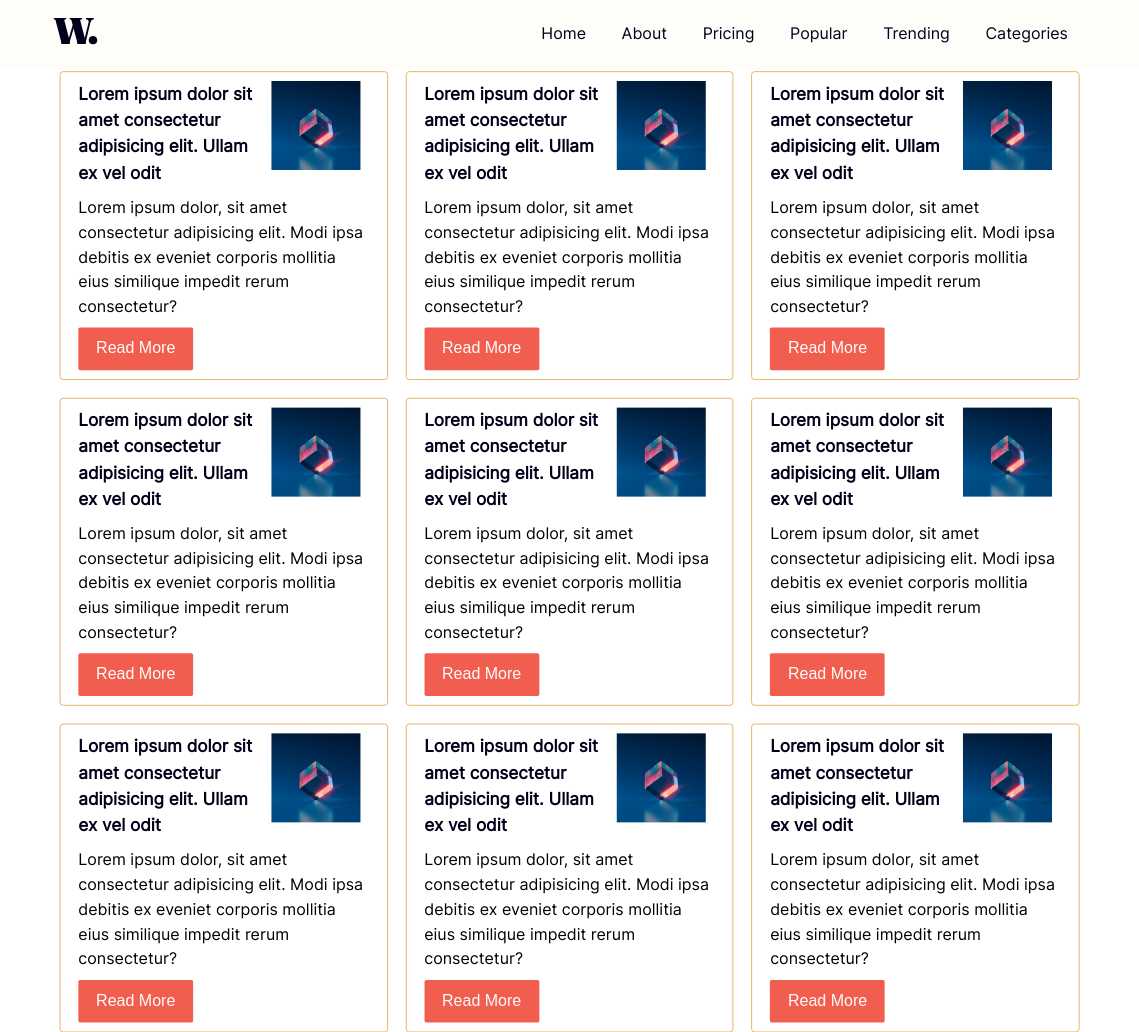
Repository: Benedict-Anthony/web3.0-blog-chain
Page: /trending
These files come from the project's save history. The page is drawn as it stood at one moment and after the next save; the edit follows.
The browser window is 1280 px wide. The pictures show the whole page, at 89% of full size.
The project was rebuilt for these pictures with package versions that can differ from the ones it lists, and the page was loaded fresh each time. The framework's server and built-in components were replaced by stand-ins that run in the browser. Also part of the build but not shown: next.config.js, styles/styles.css.

Above is the page before, as saved 2022-12-21 03:18:07.

### pages/_app.tsx
import '../styles/globals.scss'
import type { AppProps } from 'next/app'
import NavBar from '../components/NavBar'
import "@/styles/styles.css"
export default function App({ Component, pageProps }: AppProps) {
  return (
    <>
      <NavBar />
      <Component {...pageProps} />
    </>
  )
}

### pages/trending.tsx
import Layout from 'components/Layout'
import React from 'react'
import TrendingStyles from "@/styles/Trending.module.scss"
import Trending from 'components/Trending'
import { GetStaticProps } from 'next';

export const getStaticProps: GetStaticProps = async () => {
    // const apiKey = process.env.REACT_APP_RAPID_API_KEY || ""
    // const apiHost = process.env.REACT_APP_RAPID_NEWS_API_HOST || ""
    // // const params = {q: 'crytocurrency', freshness: 'Day', textFormat: 'Raw', safeSearch: 'Off'}
    // const url = `https://bing-news-search1.p.rapidapi.com/news/search?q=cryptocurrency&safeSearch=Off&textFormat=Raw&freshness=Day&count=100`
    // const config = {
    //     headers: {
    //         'X-RapidAPI-Key': apiKey,
    //         'X-RapidAPI-Host':apiHost,
    //         // "Accept-Language": "EN"
    //     }
    // }


    // const response = await fetch(url, config)
    // const data = await response.json()
    // console.log(data)
    return {
        props: {
            // news:data.value
            news:[1,2,3,4,5,6,7,8,9]
        }
    }
}
type TrendingProps = {
    news: {
        id: number
        name: string
        date: string
        slug: string
        image: { thumbnail: { contentUrl: string } }
        description:string
    }[]
}
const TrendingPage = ({news}:TrendingProps) => {

  return (
    <Layout>
          <section className={TrendingStyles.section}>
          {news.map((item) => (
              <Trending news={item} key={item.id}/>
          ))}



              </section>
    </Layout>

  )
}

export default TrendingPage

### styles/globals.scss
:root{
  --SoftOrange: hsl(35, 77%, 62%);
  --SoftRed: hsl(5, 85%, 63%);

  --Red: hsl(0, 78%, 62%);
  --Cyan: hsl(180, 62%, 55%);
  --Orange: hsl(34, 97%, 64%);
  --Blue: hsl(212, 86%, 64%);

  --OffWhite: hsl(36, 100%, 99%);
  --GrayishBlue: hsl(233, 8%, 79%);
  --DarkGrayishBlue: hsl(236, 13%, 42%);
  --VeryDarkBlue: hsl(240, 100%, 5%);
}

@font-face{
  font-family: "Inter";
  src: url("/landing/assets/fonts/static/inter-Bold.ttf");
  src: url("/landing/assets/fonts/static/inter-ExtraBold.ttf");
  src: url("/landing/assets/fonts/static/inter-Regular.ttf");
}

*::after, *::before, *{
  padding: 0;
  margin: 0;
  box-sizing: border-box;
  transition: all .3s ease;
  line-height: 1.54em;
}


ul,li{
  list-style: none;
}

html{
  scroll-behavior: smooth;
}

body{
  font-family: "Inter";
}

.swiper {
    overflow: visible;
}

### components/NavBar.tsx
import React from 'react'
import {useState} from "react"
import Image from 'next/image'
import Link from 'next/link';
import NavBarStyles from "@/styles/navBar.module.scss";

const NavBar = () => {
  const [mobileActive, setMobileActive] = useState(false)
  return (

        <header className={NavBarStyles.header}>
          <nav className={NavBarStyles.nav}>
               <div className="logo">
                <Image src="/landing/assets/images/logo.svg" alt="" width={50} height={30} />
              </div>

              <ul style={{
                right: mobileActive ? "0" : "calc(100vw + 50px)"
              }}>
                  <li><Link href={"/"}>Home</Link></li>
                  <li><Link href={"/about"}>About</Link></li>
                  <li><Link href={"/pricing"}>Pricing</Link></li>
                  <li><Link href={"/popular"}>Popular</Link></li>
                  <li><Link href={"/trending"}>Trending</Link></li>
                  <li><Link href={"/categories"}>Categories</Link></li>

              </ul>

                  <div className={NavBarStyles.toggler} onClick={() => setMobileActive(!mobileActive)}>
                      <Image src={`/landing/assets/images/${mobileActive ? "icon-menu-close.svg" : "icon-menu.svg"}`} alt="" width={25} height={20} />
            </div>

         </nav>
    </header>

  )
}

export default NavBar

### components/Layout.tsx
import React from 'react'
import UtilsStyles from "@/styles/Utils.module.scss";
import {ReactNode} from "react"

type layoutProps = {
    children: ReactNode
}
const Layout = ({children}:layoutProps) => {
  return (
    <main className={UtilsStyles.container}>
      <section className={UtilsStyles.spaceY}>
        {children}
      </section>
      </main>
  )
}

export default Layout

### styles/Trending.module.scss
.article{
    border: 1px solid var(--SoftOrange);
    border-radius: 4px;
    padding: 10px 20px;

    &:hover{
        transform: scale(.99);
    }
    div{
        width: 100%;
        position: relative;
        display: flex;
        justify-content: space-between;
        align-items: flex-start;
        column-gap: 10px;
        img{
            width: 100px;

        }
        h4{
            font-weight: 600;
            color: var(--VeryDarkBlue);
            font-size: 1.2rem;
        }

    }
    p{
        font-size: 18px;
        padding-top: 10px;
    }


}

.section{
    display: grid;
    grid-template-columns: repeat(auto-fit, minmax(22rem, 1fr));
    justify-content: space-between;
    align-items: center;
    gap: 20px;
}

### components/Trending.tsx
import React from 'react'
import TrendingStyles from "@/styles/Trending.module.scss"
import Button from './Button'
type TrendingProps = {
    news: {
        id: number
        name: string
        date: string
        slug: string
      image: { thumbnail: { contentUrl: string } }
        description:string
    }
}

const Trending = ({news}:TrendingProps) => {
  return (
    <article className={TrendingStyles.article}>
        <div>
              <h4>Lorem ipsum dolor sit amet consectetur adipisicing elit. Ullam ex vel odit </h4>

              {/* <img src={news.image ? news.image.thumbnail.contentUrl : "nft/images/image-equilibrium.jpg"} alt="" /> */}
              <img src={"nft/images/image-equilibrium.jpg"} alt="" />
              <span>{news.date}</span>
          </div>

        <p>Lorem ipsum dolor, sit amet consectetur adipisicing elit. Modi ipsa debitis ex eveniet corporis mollitia eius similique impedit rerum consectetur?</p>

              <Button title='read more'/>
    </article>
  )
}

export default Trending

### styles/navBar.module.scss
.header{
    position: fixed;
    top: 0;
    right: 0;
    left: 0;
    // max-width: 1160px;
    margin: 0 auto;
    padding: 20px;
     background-color: var(--OffWhite);
     z-index:10;
    //  box-shadow:  2px 1px 3px var(--DarkGrayishBlue);
}

.nav{
    display: flex;
    justify-content: space-between;
    align-items: center;
     max-width: 1160px;
    margin: 0 auto;

    .logo{
        width: 50px;
    }

    ul{
        display: flex;
        align-items: center;
        justify-content: space-between;

        li{
            margin: 0 20px;

            a{
                text-decoration: none;
                font-size: 18px;
                color: var(--VeryDarkBlue);
                font-family: "Inter";
                font-weight: 400;
                &:hover{
                    color: var(--SoftRed);
                    cursor: pointer;
                }
            }
        }
    }

    @media(max-width:767px) {
        ul{
            position: absolute;
            top: 0;
            width: 80%;
            background-color: var(--OffWhite);
            box-shadow: 2px 2px 3px var(--DarkGrayishBlue);
            height: 100vh;
            flex-flow: column;
            justify-content: center;
            align-items: flex-start;
            padding-left: 10px;

            li{
                margin: 20px 0;

                a{
                    font-size: 22px;
                }
            }

        }


    }
}



.toggler{
        display: none;


        @media(max-width:767px) {
            display: block;
            z-index: 10;
        }
    }

### styles/Utils.module.scss
.container{
    max-width: 1160px;
    margin: 0 auto;
    overflow:hidden;
    padding: 0 7px;
}

.spaceY{
    padding-top: 2.5rem;
    margin-top: 2.5rem;
}

### components/Button.tsx
import React from 'react'
import ButtonbStyles from "@/styles/Button.module.scss"
type ButtonProps = {
    title:string
}
const Button = ({title}: ButtonProps) => {
  return (
    <button className={ButtonbStyles.button}>
      {title}
    </button>
  )
}

export default Button

### styles/Button.module.scss
.button{
    display: inline-block;
    color: var(--OffWhite);
    padding: 10px 20px;
    border: 0;
    background-color: var(--SoftRed);
    margin-top: 10px;
    font-size: 18px;
    border-radius: 2px;
    text-transform: capitalize;

    &:hover{
        cursor: pointer;
        background-color: var(--VeryDarkBlue);
    }
}

After the next save:
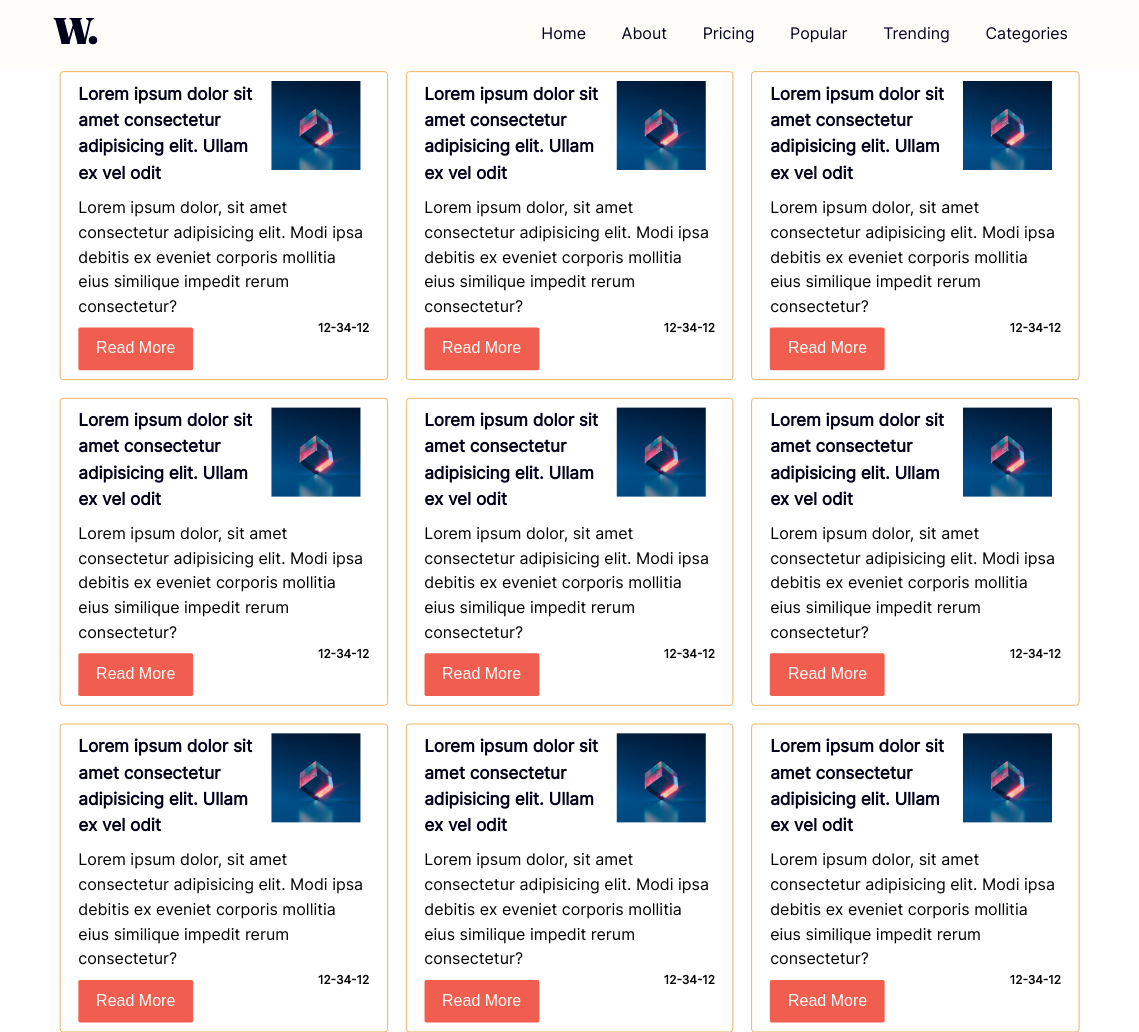
Saved 3 min 20 s later.
--- a/components/Trending.tsx
+++ b/components/Trending.tsx
@@ -24,8 +24,10 @@ const Trending = ({news}:TrendingProps) => {
           </div>
 
         <p>Lorem ipsum dolor, sit amet consectetur adipisicing elit. Modi ipsa debitis ex eveniet corporis mollitia eius similique impedit rerum consectetur?</p>
-
+      <div>
               <Button title='read more'/>
+          <h5>12-34-12</h5>
+        </div>
     </article>
   )
 }
